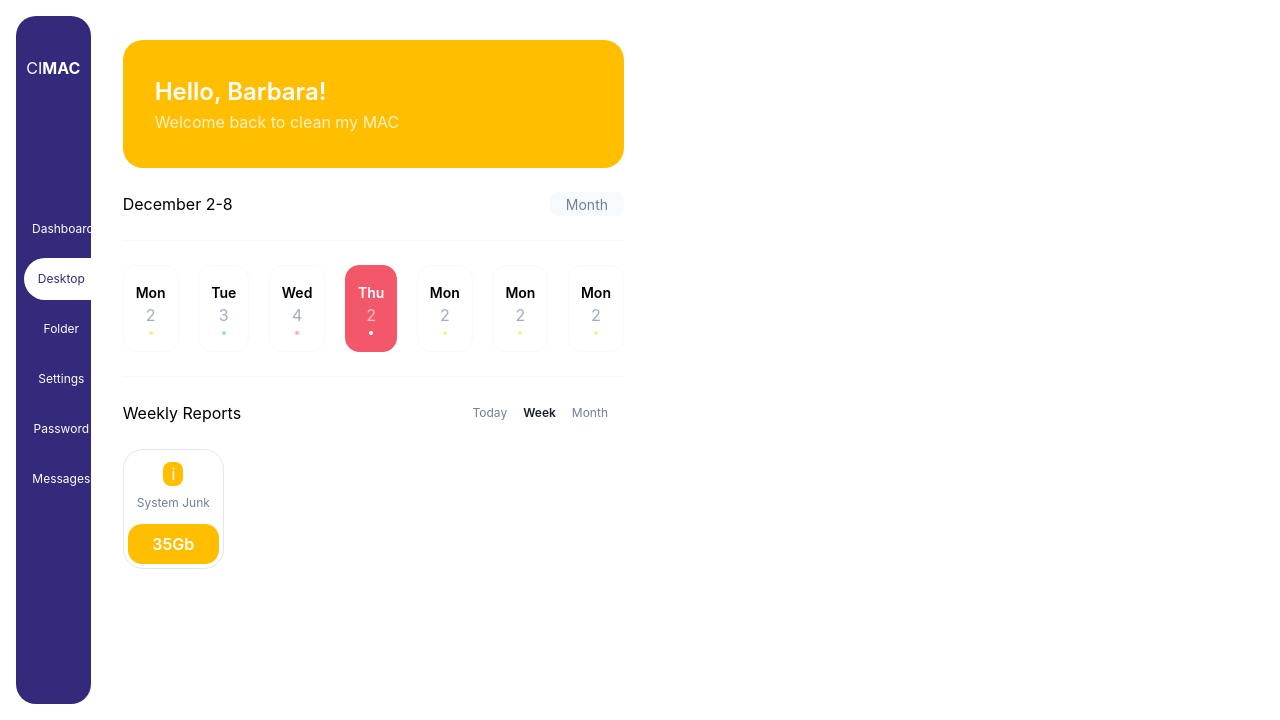
Repository: charleyvibez/experiment-Utility-software-UI
Page: index.html
An editor plug-in stored every save of this project. The page is shown before and after the next save, followed by the edit.
The browser window is 1280 px wide. The pictures show the whole page.

Above is the page before, as saved 2020-03-18 00:54:12.

### index.html
<!DOCTYPE html>
<html lang="en">
<head>
  <meta charset="UTF-8">
  <meta name="viewport" content="width=device-width, initial-scale=1.0">

  <link rel="stylesheet" href="tailwind.css">
  <link rel="stylesheet" href="index.css">
  <title>Document</title>
</head>
<body>
  <section class="flex">
     <aside class="w-1/12 p-4 h-screen">
      <div class="aside-container bg-gray-100 rounded-xl flex flex-col items-center h-full">
        <div class="logo pt-10 text-white">
          <h3>CI<span class="font-bold">MAC</span></h3>
        </div>

      <nav class="flex flex-col items-center text-xs mt-32 text-center text-white w-full pl-2">
        <div class="nav-item w-full pl-2 py-3 mb-2">Dashboard</div>
        <div class="nav-item w-full pl-2 py-3 mb-2 active-nav">Desktop</div>
        <div class="nav-item w-full pl-2 py-3 mb-2">Folder</div>
        <div class="nav-item w-full pl-2 py-3 mb-2">Settings</div>
        <div class="nav-item w-full pl-2 py-3 mb-2">Password</div>
        <div class="nav-item w-full pl-2 py-3 mb-2">Messages</div>
      </nav>
      </div>

    </aside>

  <main class="w-5/12 p-4 h-screen pt-10">
    <div class="main-container">
      <div class="hello p-8 h-32 yellow-bg rounded-xl flex flex-col justify-center">
        <h1 class="text-2xl font-semibold text-white">Hello, Barbara!</h1>
        <p class="yellow-text-support">Welcome back to clean my MAC</p>
      </div>
      <div class="date">
        <div class="heading flex justify-between border-b border-gray-100 py-6">
          <div class="heading-date-range">
            <Span> December 2-8</Span>
          </div>
          <div class="heading-month bg-gray-100 px-4 rounded-lg flex items-center">
            <span class="inline-block text-sm text-gray-600">Month</span>
          </div>
        </div>
        <div class="days flex justify-between py-6  border-b border-gray-100">
          <div class="day flex flex-col items-center py-4 px-3 border border-gray-100 rounded-lg">
            <h3 class="font-semibold text-sm">Mon</h3>
            <span class="text-gray-500">2</span>
            <span class="w-1 h-1 bg-yellow-300 rounded-full mt-1"></span>
          </div>
          <div class="day flex flex-col items-center py-4 px-3 border border-gray-100 rounded-lg">
            <h3 class="font-semibold text-sm">Tue</h3>
            <span class="text-gray-500">3</span>
            <span class="w-1 h-1 bg-green-300 rounded-full mt-1"></span>
          </div>
          <div class="day flex flex-col items-center py-4 px-3 border border-gray-100 rounded-lg">
            <h3 class="font-semibold text-sm">Wed</h3>
            <span class="text-gray-500">4</span>
            <span class="w-1 h-1 bg-red-300 rounded-full mt-1"></span>
          </div>
          <div class="day flex flex-col items-center py-4 px-3 border border-gray-100 rounded-lg active-day">
            <h3 class="font-semibold text-sm">Thu</h3>
            <span class="inline-block text-gray-500 day-number">2</span>
            <span class="inline-block w-1 h-1 bg-yellow-300 rounded-full mt-1 day-indicator"></span>
          </div>
          <div class="day flex flex-col items-center py-4 px-3 border border-gray-100 rounded-lg">
            <h3 class="font-semibold text-sm">Mon</h3>
            <span class="text-gray-500">2</span>
            <span class="w-1 h-1 bg-yellow-300 rounded-full mt-1"></span>
          </div>
          <div class="day flex flex-col items-center py-4 px-3 border border-gray-100 rounded-lg">
            <h3 class="font-semibold text-sm">Mon</h3>
            <span class="text-gray-500">2</span>
            <span class="w-1 h-1 bg-yellow-300 rounded-full mt-1"></span>
          </div>
          <div class="day flex flex-col items-center py-4 px-3 border border-gray-100 rounded-lg">
            <h3 class="font-semibold text-sm">Mon</h3>
            <span class="text-gray-500">2</span>
            <span class="w-1 h-1 bg-yellow-300 rounded-full mt-1"></span>
          </div>
        </div>
      </div>

       <div class="Reports">
        <div class="heading flex justify-between  py-6">
          <div class="heading-date-range">
            <Span class="font-normal"> Weekly Reports</Span>
          </div>
          <div class="heading-reports  px-4 rounded-lg flex items-center">
            <span class="inline-block text-gray-600 text-xs">Today</span>
            <span class="inline-block text-gray-900 ml-4 text-xs font-semibold">Week</span>
            <span class="inline-block text-gray-600 ml-4 text-xs">Month</span>
          </div>


        </div>
        <div class="junks">
          <div class="system-junk w-1/4  flex items-center pr-6">
           <div class="bg-white rounded-xl flex flex-col items-center border w-full px-1 pt-3 pb-1">
             <span class="junk-icon inline-block px-2 text-white mb-2 rounded-lg yellow-bg">
              i
            </span>
            <h6 class="text-xs mb-3 text-gray-600">System Junk</h6>
            <span class="inline-block yellow-bg px-5 py-2 text-center rounded-semi-xl text-white font-semibold w-full">35Gb</span>
           </div>
          </div>
        </div>
       </div>
    </div>
  </main>
  </section>

</body>
</html>

### index.css
* {
  margin: 0;
  padding: 0;
  box-sizing: border-box;
}

.aside-container {
  background: #332a7b;
}
.active-nav {
  position: relative;
  background:white;
  color: #332a7b;
  border-bottom-left-radius: 30px;
  border-top-left-radius: 30px;
}

/* .active-nav:before {
  position: absolute;
  content: '';
  height: 30px;
  width: 30px;
  border-radius: 50%;
  top: -25px;
  right: 0;
  background: #332a7b;
} */

.rounded-xl {
  border-radius: 20px
}
.rounded-semi-xl {
  border-radius: 14px
}

.yellow-bg {
  background: #ffbf00;
}
.yellow-text-support {
  color: #fff1c5
}

.day {
  border-radius: 14px;
}

.active-day {
  background: #f2586a;
  border: 1px solid #f2586a
}

.active-day h3 {
  color: white;
  ;
}
.active-day .day-number {
  color: #ffbec6;
}
.active-day .day-indicator {
  background: white;
}

Loaded but not shown: tailwind.css (library)

After the next save:
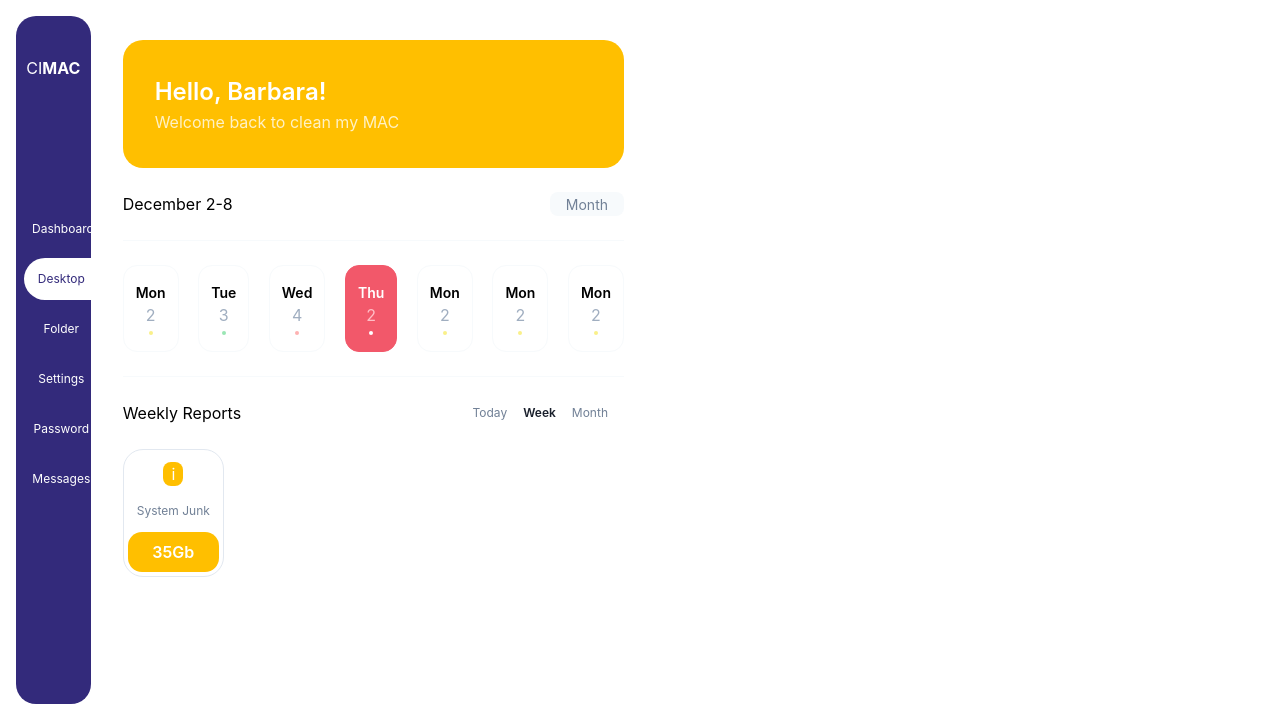
Saved 15 s later.
--- a/index.html
+++ b/index.html
@@ -98,7 +98,7 @@
         <div class="junks">
           <div class="system-junk w-1/4  flex items-center pr-6">
            <div class="bg-white rounded-xl flex flex-col items-center border w-full px-1 pt-3 pb-1">
-             <span class="junk-icon inline-block px-2 text-white mb-2 rounded-lg yellow-bg">
+             <span class="junk-icon inline-block px-2 text-white mb-4 rounded-lg yellow-bg">
               i
             </span>
             <h6 class="text-xs mb-3 text-gray-600">System Junk</h6>
